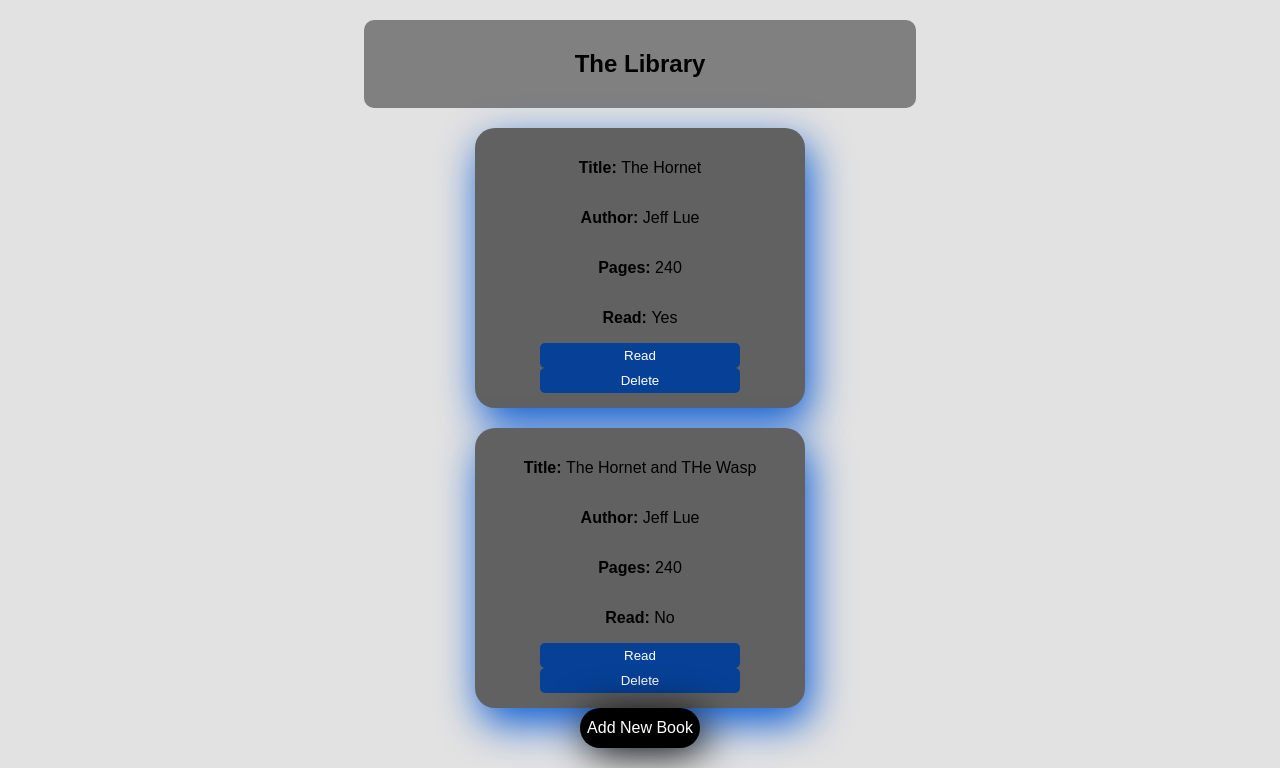
Repository: ErvinClay13/Library
Page: index.html
These files come from the project's save history. The page is drawn as it stood at one moment and after a run of saves; the edit follows.
The browser window is 1280 px wide. The pictures show the whole page.

Above is the page before, as saved 2025-01-11 05:05:28.

### index.html
<!DOCTYPE html>
<html lang="en">
<head>
    <meta charset="UTF-8">
    <meta name="viewport" content="width=device-width, initial-scale=1.0">
    <link rel="stylesheet" href="style.css">
    <link
      rel="icon"
      type="image/png"
      sizes="32x32"
      href="images/myLogo.png"
    />
    <title>The Library</title>
</head>
<body>
    <div class="container">
        <div class="heading">
            <h2>The Library</h2>
        </div>

            <div class="content" id="content"></div>

            <dialog id="myDialog">
                <div class="input">
                <form method="dialog" id="form">
                    <label for="title">Title</label>
                    <input type="text"
                           id="title"
                           name="title"
                           required>

                    <label for="author">Author</label>
                    <input type="text"
                           id="author"
                           name="author"
                           required>

                    <label for="pages">Pages</label>
                    <input type="number"
                           id="pages"
                           name="pages"
                           required>

                    <label for="read">Read</label>
                    <input type="checkbox"
                           name="read"
                           id="isRead">

                    <button type="submit" id="submit">Submit</button>
                    <div class="cancel" id="cancel">Cancel</div>


                </form>
            </div>
        </dialog>
        <footer><button id="addBook">Add New Book</button></footer>
    </div>

    <script src="script.js"></script>
</body>
</html>

### style.css
body {
    display: flex;
    justify-content: center;
    align-items: center;
    flex-direction: column;
    /* background-color: white; */
    background-color: rgb(226, 226, 226);
    margin: 0;
    font-family: Arial, sans-serif;
}

.container {
    display: flex;
    flex-direction: column;
    align-items: center;
    padding: 20px;
}

.heading {
    display: flex;
    justify-content: space-between;
    justify-content: center;
    background-color: gray;
    /* background-color: #42669df5; */
    /* box-shadow: 5px 5px 40px #0055d4f5; */
    width: 100%;
    max-width: 800px;
    padding: 10px 20px;
    border-radius: 10px;
    margin-bottom: 20px;
}

#addBook {
    /* background-color: #03409af5; */
    background-color: black;
    box-shadow: 5px 5px 40px black;
    height: 40px;
    width: 120px;
    border-radius: 20px;
    border: none;
    font-size: 16px;
    color: white;
    cursor: pointer;
}

#addBook:hover {
    transform: scale(1.1);
    box-shadow: 2px 5px 40px black;
}

#content {
    display: flex;
    flex-wrap: wrap;
    gap: 20px;
    justify-content: center;
    width: 100%;
}

.card {
    display: flex;
    flex-direction: column;
    justify-content: space-between;
    text-align: center;
    border-radius: 20px;
    padding: 15px;
    /* background-color: #42669df5; */
    background-color: rgb(97, 97, 97);
    width: 100%;
    max-width: 300px;
    box-shadow: 5px 15px 40px #0055d4f5;
    align-items: center;
}

.card-details {
    margin-bottom: 10px;
}

.read, .delete {
    flex: 1;
    padding: 5px 10px;
    border: none;
    border-radius: 5px;
    color: white;
    background-color: #03409af5;
    cursor: pointer;
    width: 200px;
}

.read:hover, .delete:hover {
    background-color: #254a81f5;
}

.read:active, .delete:active {
    background-color: #42669df5;
}

dialog {
    background-color: #fefefe;
    padding: 20px;
    border: none;
    border-radius: 10px;
    box-shadow: 0px 5px 15px rgba(0, 0, 0, 0.5);
}

form {
    display: flex;
    flex-direction: column;
    gap: 10px;
}

input[type="text"], input[type="number"] {
    padding: 5px;
    border-radius: 5px;
    border: 1px solid #ccc;
}

button {
    cursor: pointer;
}

/* Responsive Styles */
@media (max-width: 768px) {
    .heading {
        flex-direction: column;
        align-items: center;
    }

    #content {
        gap: 15px;
    }

    .card {
        max-width: 100%;
    }
}

### script.js
const dialog = document.getElementById('myDialog');
const form = document.getElementById('form');
const content = document.getElementById('content');
const submit = document.getElementById('submit');
const addBook = document.getElementById('addBook');
const cancel = document.getElementById('cancel');

const myLibrary = [];

const theHornet = new Book('The Hornet', 'Jeff Lue', 240, true);
const theHornetAndTheWasp = new Book('The Hornet and THe Wasp', 'Jeff Lue', 240, false);

myLibrary.push(theHornet);
myLibrary.push(theHornetAndTheWasp);


function Book(title, author, pages, read) {
    this.title = title;
    this.author = author;
    this.pages = pages;
    this.read = read;
}

Book.prototype.info = function() {
    return `${this.title} ${this.author} ${this.pages} ${this.read}`;
}


Book.prototype.toggleRead = function() {
    this.read = !this.read;
}



addBook.addEventListener("click", () => {
    dialog.showModal();
});

cancel.addEventListener("click", () => {
    dialog.close();
});

submit.addEventListener("click", (event) => {
    event.preventDefault();

    const title = document.getElementById('title').value;
    const author = document.getElementById('author').value;
    const pages = document.getElementById('pages').value;
    const read = document.getElementById('isRead').checked;

    const newBook = new Book(title, author, pages, read);
    myLibrary.push(newBook);

    form.reset();
    showBooks();
    dialog.close();
});

function showBooks() {

    content.innerHTML = '';

    myLibrary.forEach((book, index) => {                   //going through the array myLibrary
        const card = document.createElement('div');        //creating a new card for each book created through the modal
        card.classList.add('card');                        //adding card to the class

        card.innerHTML =                                      //creating the text that will be displayed on the card
            `<p><strong>Title: </strong>${book.title}</p>
             <p><strong>Author: </strong>${book.author}</p>
             <p><strong>Pages: </strong>${book.pages}</p>
             <p><strong>Read: </strong>${book.read ? 'Yes' : 'No'}</p>`;   //using the user input to create the new book on the card

        const deleteBtn = document.createElement('button');
        deleteBtn.classList.add('delete');
        deleteBtn.textContent = ('Delete');

        deleteBtn.addEventListener("click", () => {
            myLibrary.splice(index, 1);
            showBooks();
        });

        const read = document.createElement('button');
        read.classList.add('read');
        read.textContent = ('Read');

        read.addEventListener("click", () => {
            book.toggleRead();
            showBooks();
        });

        card.appendChild(read);
        card.appendChild(deleteBtn);
        content.appendChild(card);


    })
}

showBooks();

After the next 3 saves:
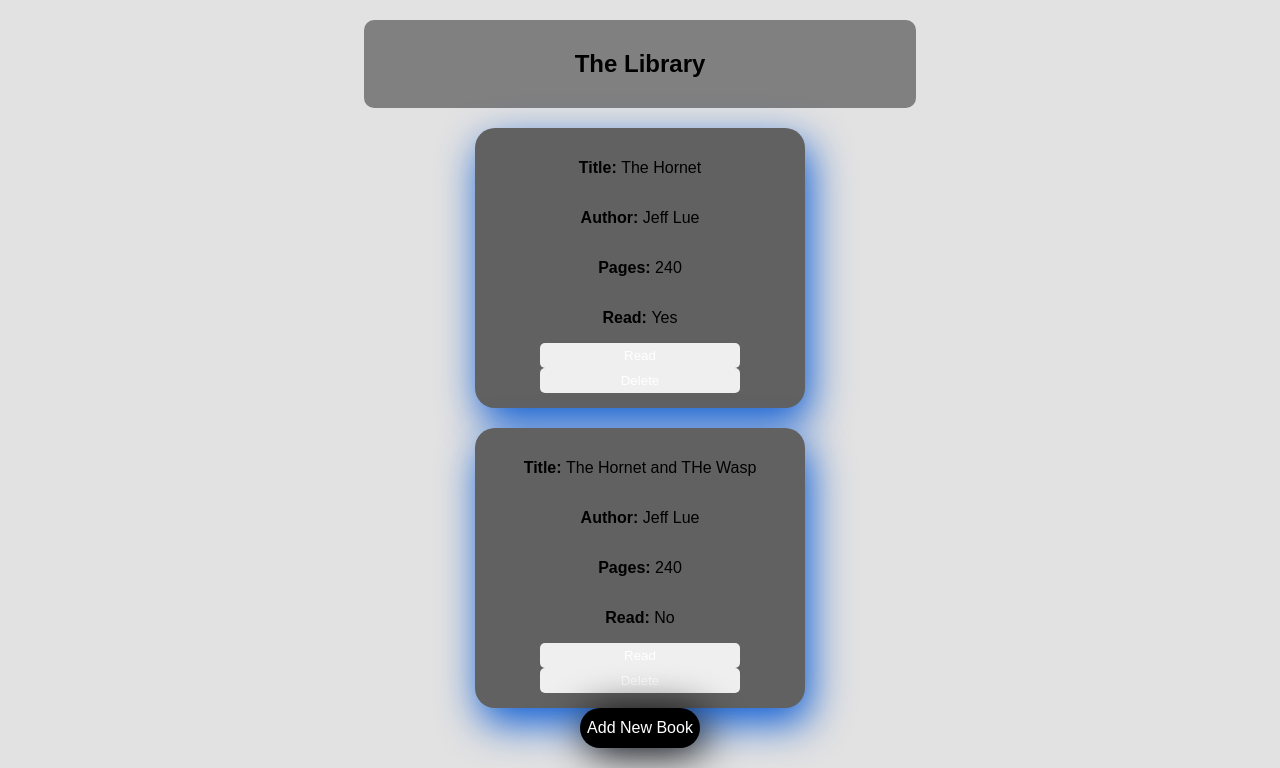
The 3 saves are shown as one change because they came seconds apart.
The last was saved 46 s later.
--- a/style.css
+++ b/style.css
@@ -81,7 +81,8 @@ body {
     border: none;
     border-radius: 5px;
     color: white;
-    background-color: #03409af5;
+    background-color: ;
+    /* background-color: #03409af5; */
     cursor: pointer;
     width: 200px;
 }
